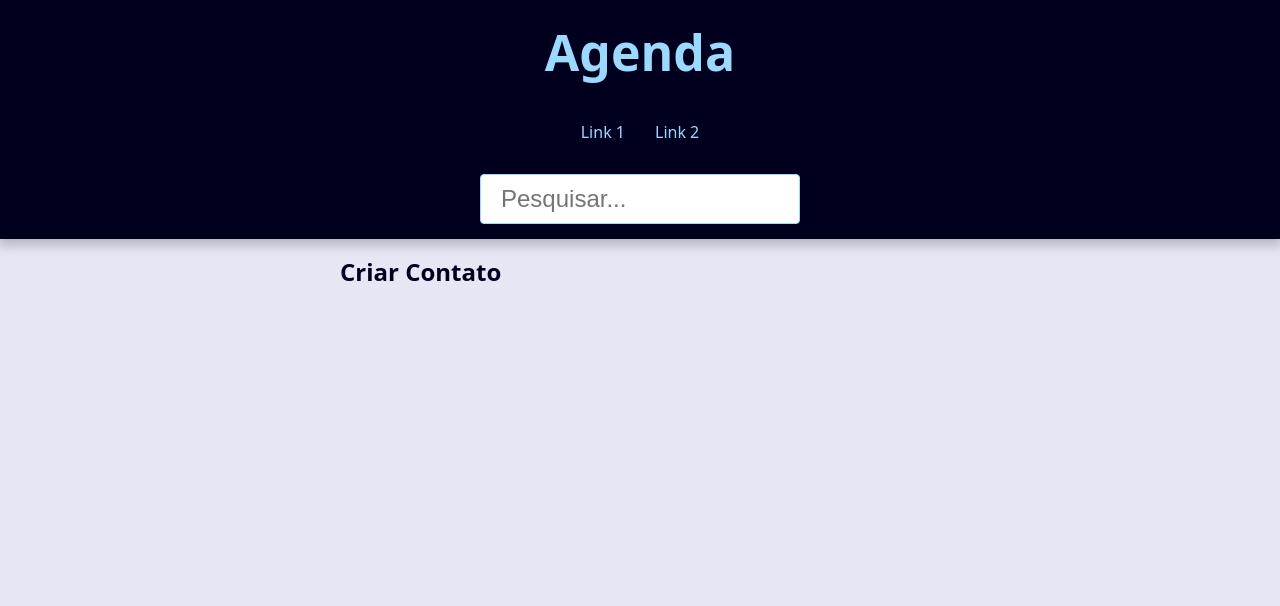
Repository: Anajuliabm248/Agenda
Page: http://localhost/contact/create/
These files come from the project's save history. The page is drawn as it stood at one moment and after a run of saves; the edit follows.
The browser window is 1280 px wide. The pictures show the whole page.
The page is served by the project's application, run on Django 5.2 (manage.py). Other server files are loaded and not shown.

Above is the page before, as saved 2026-05-03 15:51:50.

### contact/templates/contact/create.html
{% extends "global/base.html" %}

{% block content %}

<div class="form-wrapper">
    <h2>Criar Contato</h2>

    <!-- enctype serve para indicar que o formulário pode enviar arquivos, como imagens ou documentos. -->
    <form action="{% url 'contact:create' %}" method="POST" enctype="multipart/form-data">
        <!-- proteção contra ataques CSRF (Cross-Site Request Forgery) -->
        {% csrf_token %}
        {% for field in form %}
        {% endfor %}
    </form>
</div>

{% endblock content %}

### base_templates/global/base.html
{% load static %}
<!DOCTYPE html>
<html lang="pt_BR">
<head>
    <meta charset="UTF-8">
    <title>{% block title %}{{ title }}{% endblock title %}</title>
    <link rel="stylesheet" href="{% static 'global/css/styles.css' %}">
</head>
<body>

    {% include 'global/partials/_header.html' %}

    {% block content %}

    {% endblock content %}

</body>
</html>

### base_templates/global/partials/_header.html
<header class="header">
        <h1 class="header-heading">
            <a href="{% url 'contact:index' %}" class="header-link">Agenda</a>
        </h1>
        <nav class="menu">
            <ul class="menu-list">
                <li class="menu-item">
                    <a href="" class="menu-link">Link 1</a>
                </li>
                <li class="menu-item">
                    <a href="" class="menu-link">Link 2</a>
            </ul>
        </nav>

        <div class="search">
            <form action="{% url 'contact:search' %}" method="GET">
                <input type="text" name="q" id="search" class="search-input" placeholder="Pesquisar..." value="{{ search_value }}">
            </form>
        </div>
    </header>

### contact/views/contact_forms.py

from django.shortcuts import redirect, render, get_object_or_404
from contact.models import Contact
from django.db.models import Q
from django.core.paginator import Paginator
from django import forms #classe para criar formulários personalizados
# Create your views here.

# Formulário para criar um contato
class ContactForm(forms.ModelForm):
    #a classe Meta é usada para configurar o formulário, indicando qual modelo ele representa e quais campos devem ser incluídos no formulário.
    class Meta:
        model = Contact
        fields = (
        'first_name',
        'last_name',
        'email',
        'phone',
        )

def create(request):
    context= {
        'form': ContactForm()
    }

    return render(
        request,
        'contact/create.html',
        context
    )

### Agenda/urls.py
"""
URL configuration for Agenda project.

The `urlpatterns` list routes URLs to views. For more information please see:
    https://docs.djangoproject.com/en/6.0/topics/http/urls/
Examples:
Function views
    1. Add an import:  from my_app import views
    2. Add a URL to urlpatterns:  path('', views.home, name='home')
Class-based views
    1. Add an import:  from other_app.views import Home
    2. Add a URL to urlpatterns:  path('', Home.as_view(), name='home')
Including another URLconf
    1. Import the include() function: from django.urls import include, path
    2. Add a URL to urlpatterns:  path('blog/', include('blog.urls'))
"""
from django.contrib import admin
from django.urls import path, include
from django.conf.urls.static import static
from django.conf import settings


urlpatterns = [
    path('admin/', admin.site.urls),
    path('', include('contact.urls'))
]

urlpatterns += static(settings.MEDIA_URL, document_root=settings.MEDIA_ROOT)
urlpatterns += static(settings.STATIC_URL, document_root=settings.STATIC_ROOT)

### contact/urls.py
from django.urls import path
from contact import views

app_name = 'contact'

urlpatterns = [
    path('', views.index, name='index'),
    path('search/', views.search, name='search'),
    #crud de contatos
    path('contact/<int:contact_id>/detail/', views.contact, name='contact'),
    path('contact/create/', views.create, name='create'),
]

### base_static/global/css/styles.css
:root {
  --spacing: 1.5rem;
  --link-dark-color: rgb(0, 83, 134);
  --link-light-color: rgb(156, 217, 255);
  --clr-white: rgb(245, 245, 255);
  --clr-black: rgb(0, 0, 30);
  --clr-light-gray: rgb(230, 230, 245);
  --clr-dark-shadow-5: rgba(0, 0, 10, 5%);
  --clr-dark-shadow-10: rgba(0, 0, 10, 10%);
  --clr-dark-shadow-20: rgba(0, 0, 10, 20%);
  --clr-light-shadow-5: rgba(200, 200, 255, 5%);
  --clr-light-shadow-10: rgba(200, 200, 255, 10%);
  --clr-light-shadow-20: rgba(200, 200, 255, 20%);
  --main-page-width: 120rem;
  --table-min-width: 60rem;
  --biggest-font-size: 5rem;
  --bigger-font-size: 4rem;
  --big-font-size: 3.2rem;
  --medium-font-size: 2.4rem;
  --small-font-size: 1.6rem;
  --smaller-font-size: 1.4rem;
  --smallest-font-size: 1.2rem;
  --transition-fast: 300ms;
  --transition-medium: 600ms;
  --transition-slow: 1s;
  --default-border-radius: 4px;
}

*,
*::before,
*::after {
  margin: 0;
  padding: 0;
  box-sizing: border-box;
}

html {
  font-size: 62.5%;
}

body {
  font-family: system-ui, -apple-system, BlinkMacSystemFont, 'Segoe UI', Roboto,
    Oxygen, Ubuntu, Cantarell, 'Open Sans', 'Helvetica Neue', sans-serif;
  line-height: 1.5;
  font-size: var(--small-font-size);
  color: var(--clr-black);
  -webkit-font-smoothing: antialiased;
  background: var(--clr-light-gray);
}

img,
svg {
  display: block;
  max-width: 100%;
}

.header {
  background: var(--clr-black);
  padding: var(--spacing);
  box-shadow: 0 5px 10px 2px var(--clr-dark-shadow-20);
  z-index: 1;
  position: relative;
}

.header-heading {
  font-size: var(--biggest-font-size);
  text-align: center;
}

.header-link {
  color: var(--link-light-color);
  text-decoration: none;
  transition: filter var(--transition-fast) ease-in-out;
}

.header-link:hover {
  filter: brightness(70%);
}

.menu {
  margin: var(--spacing);
}

.menu-list {
  list-style: none;
  display: flex;
  justify-content: center;
  flex-flow: row wrap;
}

.menu-link {
  display: block;
  padding: var(--spacing);
  color: var(--link-light-color);
  text-decoration: none;
  transition: background-color var(--transition-fast) ease-in-out;
  border-radius: var(--default-border-radius);
}

.menu-link:hover {
  background: var(--clr-light-shadow-10);
}

.content {
  max-width: var(--main-page-width);
  margin: calc(var(--spacing) * 2) auto;
  padding: var(--spacing);
  background: var(--clr-white);
  box-shadow: 2px 2px 5px var(--clr-dark-shadow-20);
  border-radius: var(--default-border-radius);
}

.responsive-table {
  width: 100%;
  overflow-x: auto;
}

.contacts-table {
  width: 100%;
  min-width: var(--table-min-width);
  border-collapse: collapse;
}

.table-caption {
  font-size: var(--medium-font-size);
  font-weight: bold;
  padding: var(--spacing);
}

.table-row {
  text-align: left;
  text-overflow: ellipsis;
  transition: background-color var(--transition-fast) ease-in-out;
}

.table-row:nth-of-type(2n) {
  background: var(--clr-dark-shadow-5);
}

.table-row:not(.table-row-header):hover {
  background: var(--clr-dark-shadow-10);
}

.table-row-header {
  background: var(--clr-light-gray);
  color: var(--clr-black);
}

.table-cel,
.table-header {
  padding: var(--spacing);
}

.table-link {
  color: var(--link-dark-color);
  transition: color var(--transition-fast) ease-in-out;
  text-decoration: none;
}

.table-link:hover {
  color: var(--clr-black);
}

@media (min-width: 600px) {
  .single-contact {
    max-width: 80%;
    margin: calc(var(--spacing) * 2) auto;
  }
}

.single-contact h1 {
  margin: 1rem 0;
}

.single-contact p {
  margin: 1rem 0;
}

.pagination {
  margin-top: var(--spacing);
  display: flex;
  justify-content: center;
  padding: calc(var(--spacing) * 0.8);
  font-size: var(--small-font-size);
}

.pagination .step-links {
  display: flex;
  gap: calc(var(--spacing) * 0.8);
}

.pagination .step-links a {
  color: var(--link-dark-color);
  transition: color var(--transition-fast) ease-in-out;
  text-decoration: none;
  display: block;
}

.search {
  display: flex;
  justify-content: center;
}

.search-input {
  font-size: var(--medium-font-size);
  padding: 1rem 2rem;
  width: 100%;
  max-width: 32rem;
  border-radius: var(--default-border-radius);
  border: 1px solid var(--link-light-color);
}

.search-input:focus {
  box-shadow: 0 0 15px var(--link-light-color);
}

.message {
  max-width: 600px;
  margin: var(--spacing) auto;
  margin-top: calc(var(--spacing) * 2);
  padding: var(--spacing);
  text-align: center;
  border-radius: var(--default-border-radius);
  font-size: var(--smaller-font-size);
}

.message.success {
  background: rgba(0, 255, 0, 0.3);
  border: 1px solid rgba(0, 255, 0, 90%);
}

.message.error {
  background: rgba(255, 0, 0, 0.3);
  border: 1px solid rgba(255, 0, 0, 90%);
}

.message.warning {
  background: rgba(255, 255, 0, 0.3);
  border: 1px solid rgba(255, 255, 0, 90%);
}

.form-wrapper {
  max-width: 60rem;
  margin: var(--spacing) auto;
}

.form-content {
  margin: var(--spacing) 0;
}

.form-group {
  display: flex;
  flex-direction: column;
  padding-bottom: var(--spacing);
}
.errorlist {
  list-style: none;
  font-size: var(--smaller-font-size);
  color: tomato;
}
.errorlist.nonfield {
  color: inherit;
}

.form-group p {
  margin: 1em 0;
}

.form-group .help-text,
.form-group .help-text ~ ul {
  margin: 0;
  font-size: var(--smallest-font-size);
  list-style: none;
}

.form-group input,
.form-group textarea,
.form-group select {
  padding: 1rem;
  border-radius: var(--default-border-radius);
  border: 1px solid var(--link-dark-color);
}

.form-group input:focus,
.form-group textarea:focus,
.form-group select:focus {
  outline: none;
  box-shadow: 0 0 5px var(--link-dark-color);
}

.form-group label {
  font-size: var(--smaller-font-size);
}

.btn {
  background-color: var(--link-dark-color);
  color: var(--clr-white);
  font-weight: bold;
  border: none;
  padding: 1rem 2rem;
  border-radius: var(--default-border-radius);
  cursor: pointer;
  transition: filter var(--transition-fast) ease-in-out;
}

.btn:hover {
  filter: brightness(90%);
}

.btn:focus,
.btn:active {
  filter: brightness(80%);
  box-shadow: 0 0 5px var(--link-dark-color);
}

Loaded but not shown: contact/models.py (common file)

After the next 3 saves:
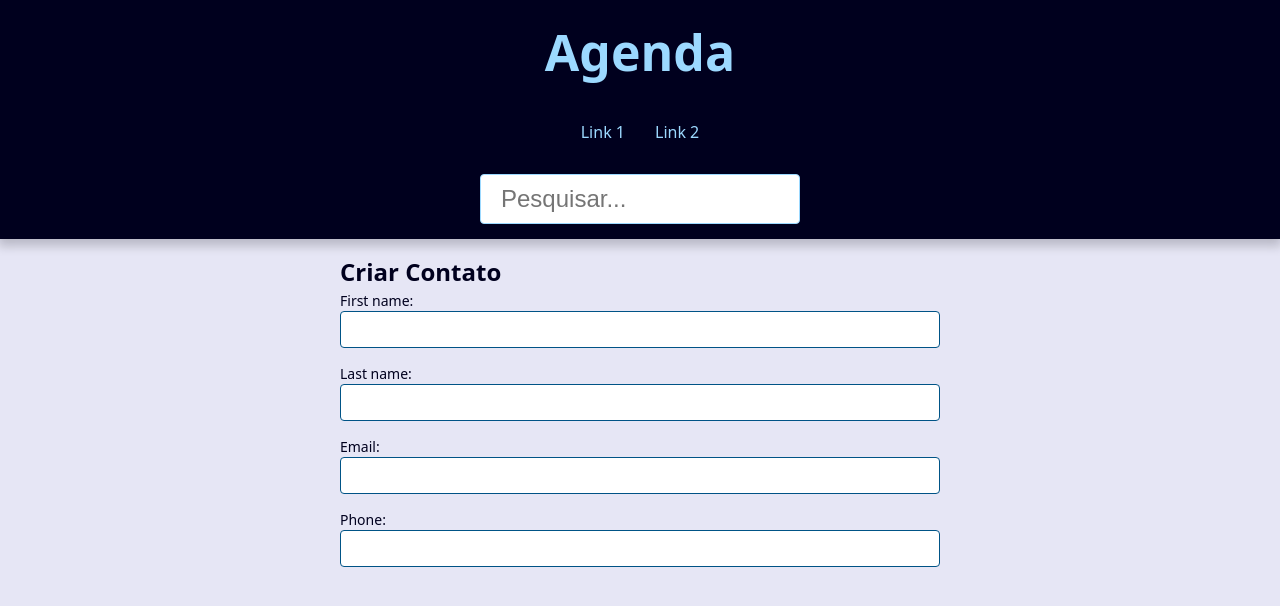
The 3 saves are shown as one change because they came seconds apart.
The last was saved 11 s later.
--- a/contact/templates/contact/create.html
+++ b/contact/templates/contact/create.html
@@ -9,7 +9,12 @@
     <form action="{% url 'contact:create' %}" method="POST" enctype="multipart/form-data">
         <!-- proteção contra ataques CSRF (Cross-Site Request Forgery) -->
         {% csrf_token %}
+        <!---->
         {% for field in form %}
+            <div class="form-group">
+                <label for="{{ field.id_for_label }}">{{ field.label }}:</label>
+                {{ field }}
+            </div>
         {% endfor %}
     </form>
 </div>
